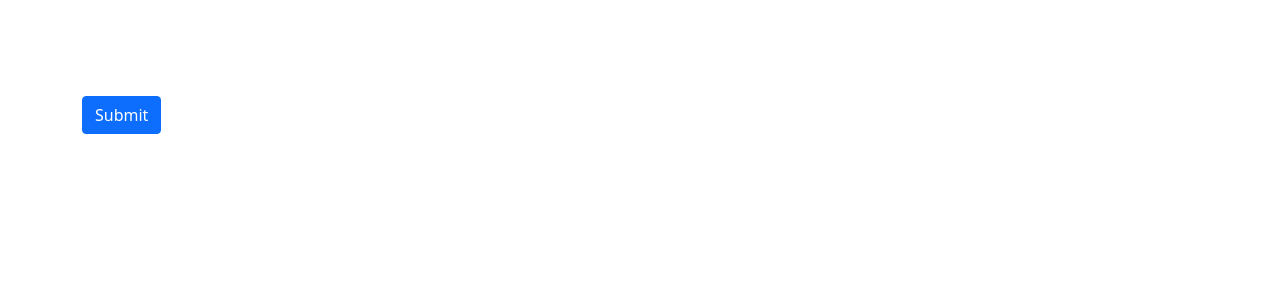
Repository: ahmedibrahimhassan654/dynamic-form-assignment
Page: /
These files come from the project's save history. The page is drawn as it stood at one moment and after a run of saves; the edit follows.
The browser window is 1280 px wide. The pictures show the whole page.
The page's requests for data from a server got no answer. The project was rebuilt for these pictures with package versions that can differ from the ones it lists, and the page was loaded fresh each time. No one was signed in, and anything a server would have sent is missing. Also part of the build but not shown: src/components/elements/CheckBox.js, src/components/elements/Input.js, src/components/elements/Select.js, src/components/Element.js.

Above is the page before, as saved 2022-02-11 19:46:12.

### src/App.js
import { useState, useEffect } from "react";
import { getSingleForm } from "./Api/forms";

import Element from "./components/Element";
import { FormContext } from "./FormContext";
import formJSON from "./formElement.json";

function App() {
  const [elements, setElements] = useState(null);

  const [formId, setFormId] = useState("62054f4b1359de293fe8e149");

  useEffect(() => {
    try {
      getSingleForm(formId).then((res) => {
        console.log(res.data.data);
        setElements(res.data.data);
      });
    } catch (err) {
      console.log(err);
    }
    // setElements(formJSON[0]);
  }, [formId]);
  const { page_label, fields, form_language } = elements ?? {};

  const handleSubmit = (event) => {
    event.preventDefault();
    console.log("handle submit happen", elements);
  };

  const handleChange = (id, event) => {
    const newElements = { ...elements };

    newElements.fields.forEach((field) => {
      const { field_id, field_type } = field;

      if (id === field_id) {
        switch (field_type) {
          case "checkbox":
            field["field_value"] = event.target.checked;

            break;

          default:
            field["field_value"] = event.target.value;

            break;
        }
      }
      setElements(newElements);
    });
    console.log("new elements", elements);
  };

  return (
    <FormContext.Provider value={{ handleChange }}>
      <>
        <div className="App container mt-5 ">
          <h1>{page_label}</h1>
          <h2></h2>
          <div className="col-md-6">
            <form>
              {fields
                ? fields.map((field, i) => <Element key={i} field={field} />)
                : ""}
              <button
                type="submit"
                className="btn btn-primary mt-5"
                onClick={(e) => handleSubmit(e)}
              >
                Submit
              </button>
            </form>
          </div>
        </div>
      </>
    </FormContext.Provider>
  );
}

export default App;

### src/Api/forms.js
import axios from "axios";

export const getSingleForm = async (id) => {
  return await axios.get(`http://localhost:5000/api/v1/forms/${id}`);
};

### src/FormContext.js
import { createContext } from "react";
export const FormContext = createContext(null);

### src/formElement.json
[
  {
    "page_label": "Job Application Form",
    "fields": [
      {
        "field_id": "english_name",
        "field_label": "Name",
        "field_mandatory": "yes",
        "field_placeholder": "Enter name",
        "field_type": "text",
        "field_value": ""
      },

      {
        "field_id": "email",
        "field_label": "Email",
        "field_mandatory": "yes",
        "field_placeholder": "Enter email",
        "field_type": "text"
      },
      {
        "field_id": "employment",
        "field_label": "Employment desired",
        "field_placeholder": "Employment desired",
        "field_value": "Part-Time",
        "field_mandatory": "yes",
        "field_options": [
          {
            "option_label": "Full-Time"
          },
          {
            "option_label": "Part-Time"
          }
        ],
        "field_type": "select"
      },
      {
        "field_id": "contact",
        "field_label": "Contact No.",
        "field_mandatory": "yes",
        "field_placeholder": "Enter contact no.",
        "field_type": "text"
      },
      {
        "field_id": "driving_license",
        "field_label": "I confirm to have driving license.",
        "field_type": "checkbox",
        "field_value": "checked"
      },
      {
        "field_id": "identity",
        "field_label": "Driving License No.",
        "field_mandatory": "yes",
        "field_placeholder": "e.g. 012 345 678",
        "field_type": "text"
      }
    ]
  }
]

Loaded but not shown: public/index.html (common file); src/index.js (common file)

After the next 4 saves:
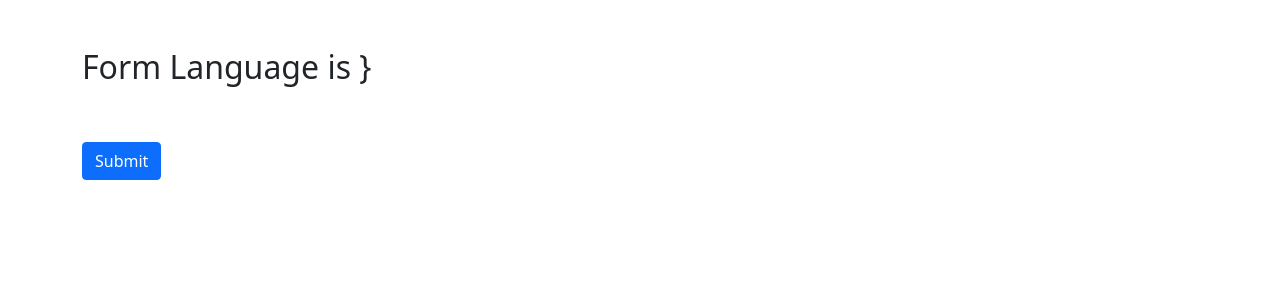
The 4 saves are shown as one change because they came seconds apart.
The last was saved 15 s later.
--- a/src/App.js
+++ b/src/App.js
@@ -57,7 +57,7 @@ function App() {
       <>
         <div className="App container mt-5 ">
           <h1>{page_label}</h1>
-          <h2></h2>
+          <h2>Form Language is {}}</h2>
           <div className="col-md-6">
             <form>
               {fields
